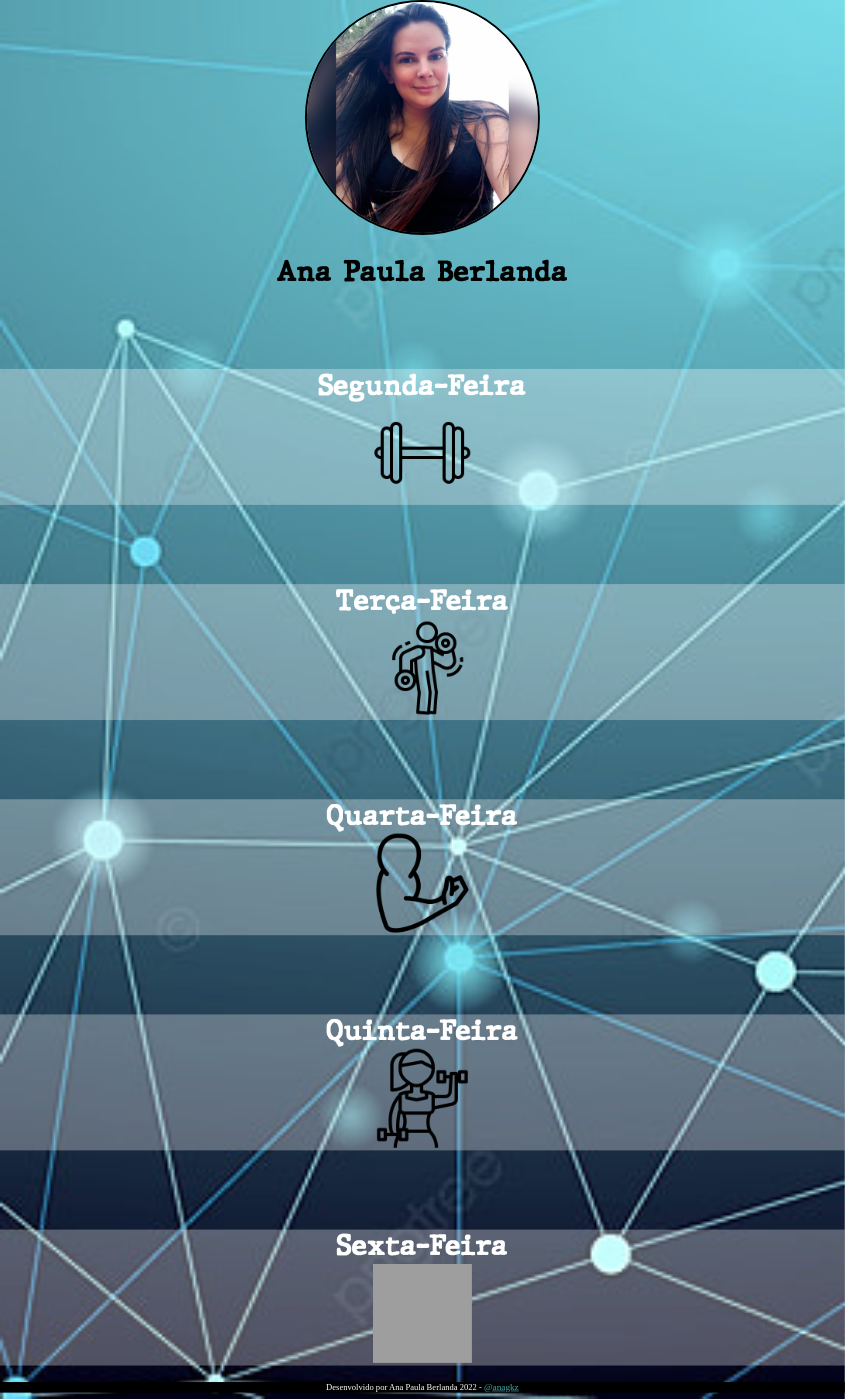
Repository: AnaBerlanda/AppAcademia
Page: index2.html
The author's editor kept a copy of each file at every save. The page is drawn from the files as they stood at one save, then again after the next save.
The browser window is 1280 px wide. The pictures show the whole page, at 66% of full size.
The pointer rests on the first visible `.imagem`.
Pictures or frames that could not be fetched are drawn as grey boxes.

Above is the page before, as saved 2022-02-08 10:52:59.

After the next save:
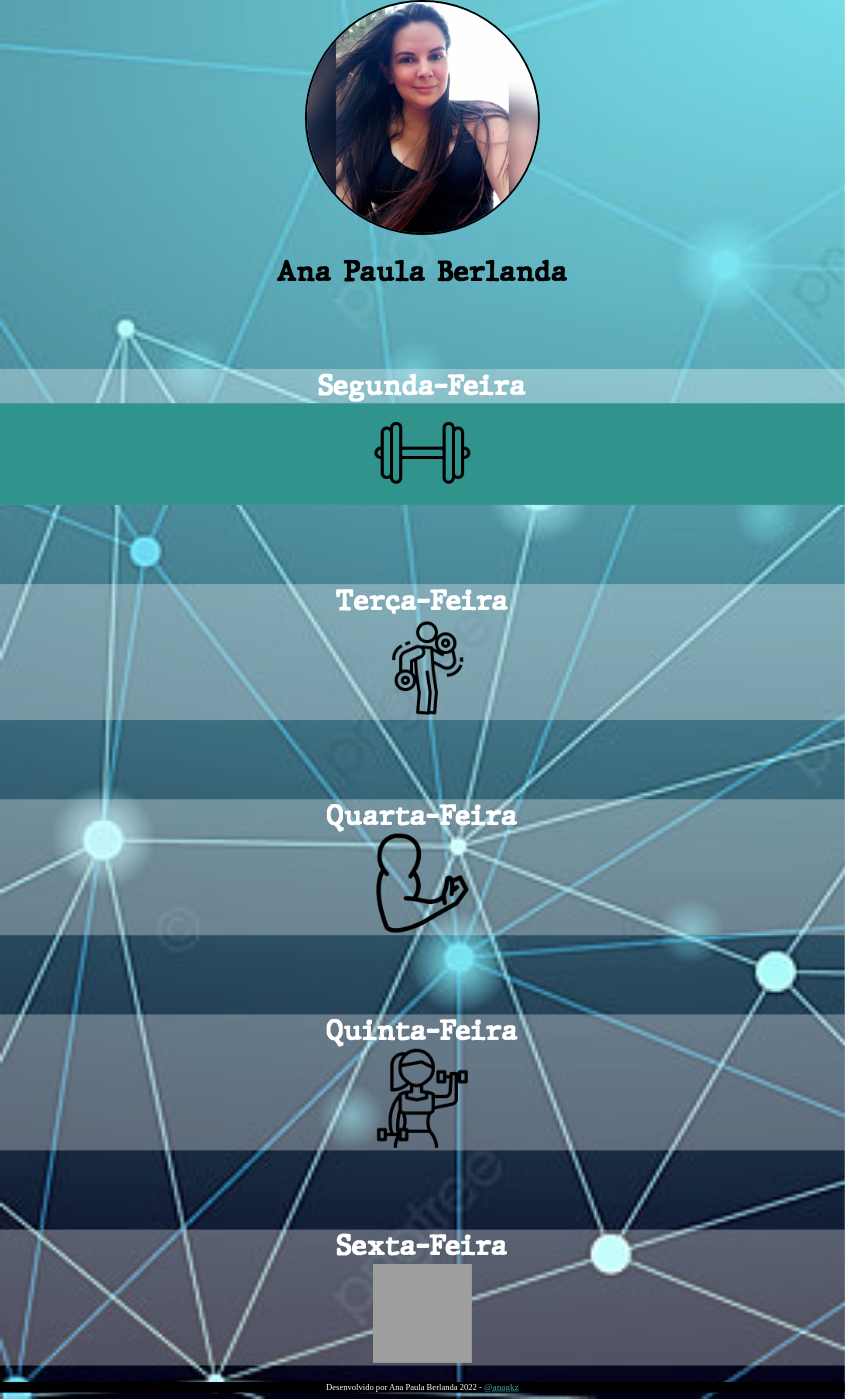
Saved 3 min 46 s later.
--- a/index2.html
+++ b/index2.html
@@ -73,6 +73,15 @@
             color: #45a6ad;
             font-size: 14px;
         }
+        .imagem:hover {
+            background-color: rgb(48, 148, 140);
+
+
+        }
+
+
+
+        }
     </style>
 </head>
 <body>
